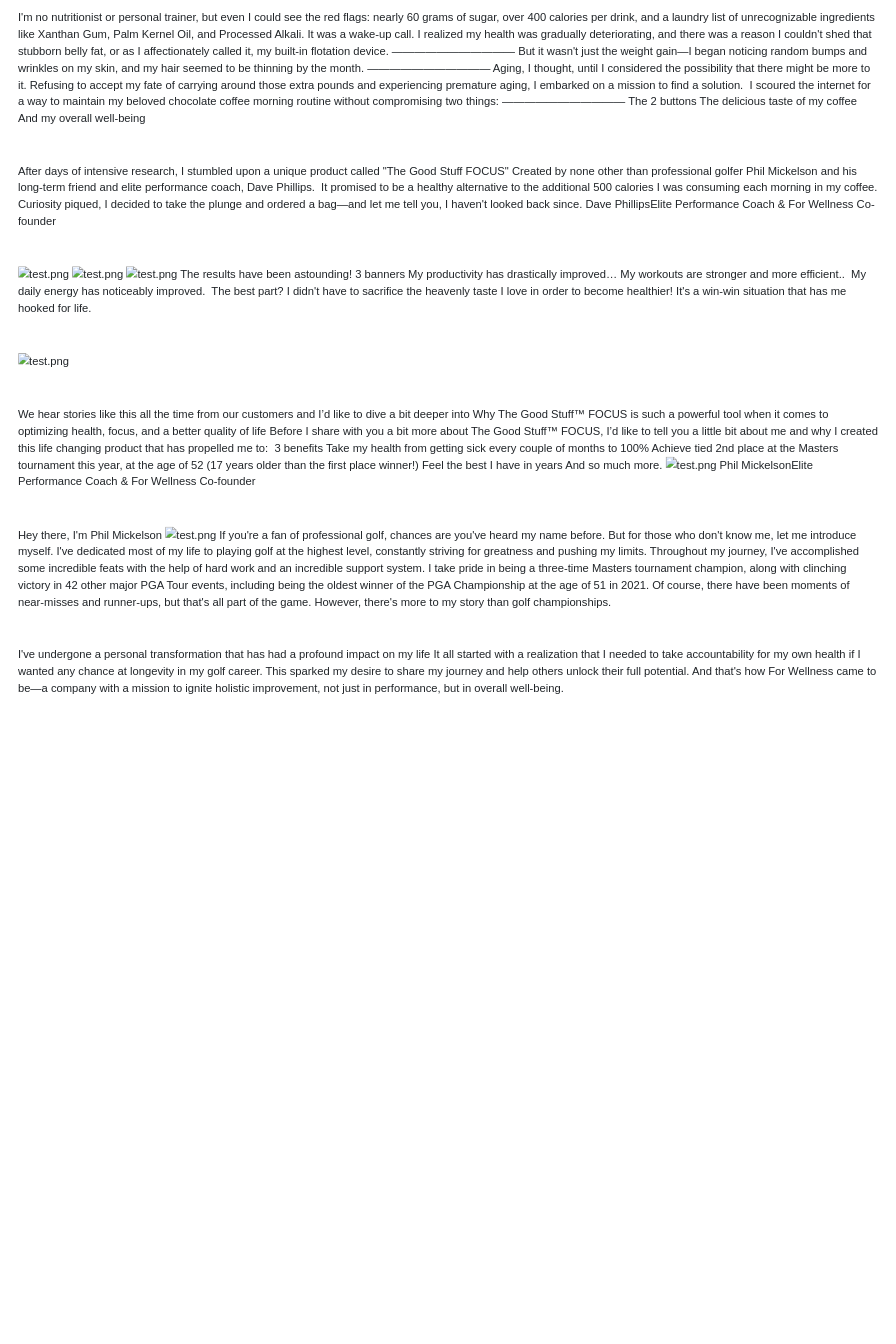
Repository: dariusprince90/wellness-landing
Page: index.html
These files come from the project's save history. The page is drawn as it stood at one moment and after the next save; the edit follows.
The browser window is 1280 px wide. The pictures show the part of the page from y = 748 to 2668 px (the page is 3055 px tall), at 70% of full size.

Above is the page before, as saved 2023-07-25 15:53:40.

After the next save:
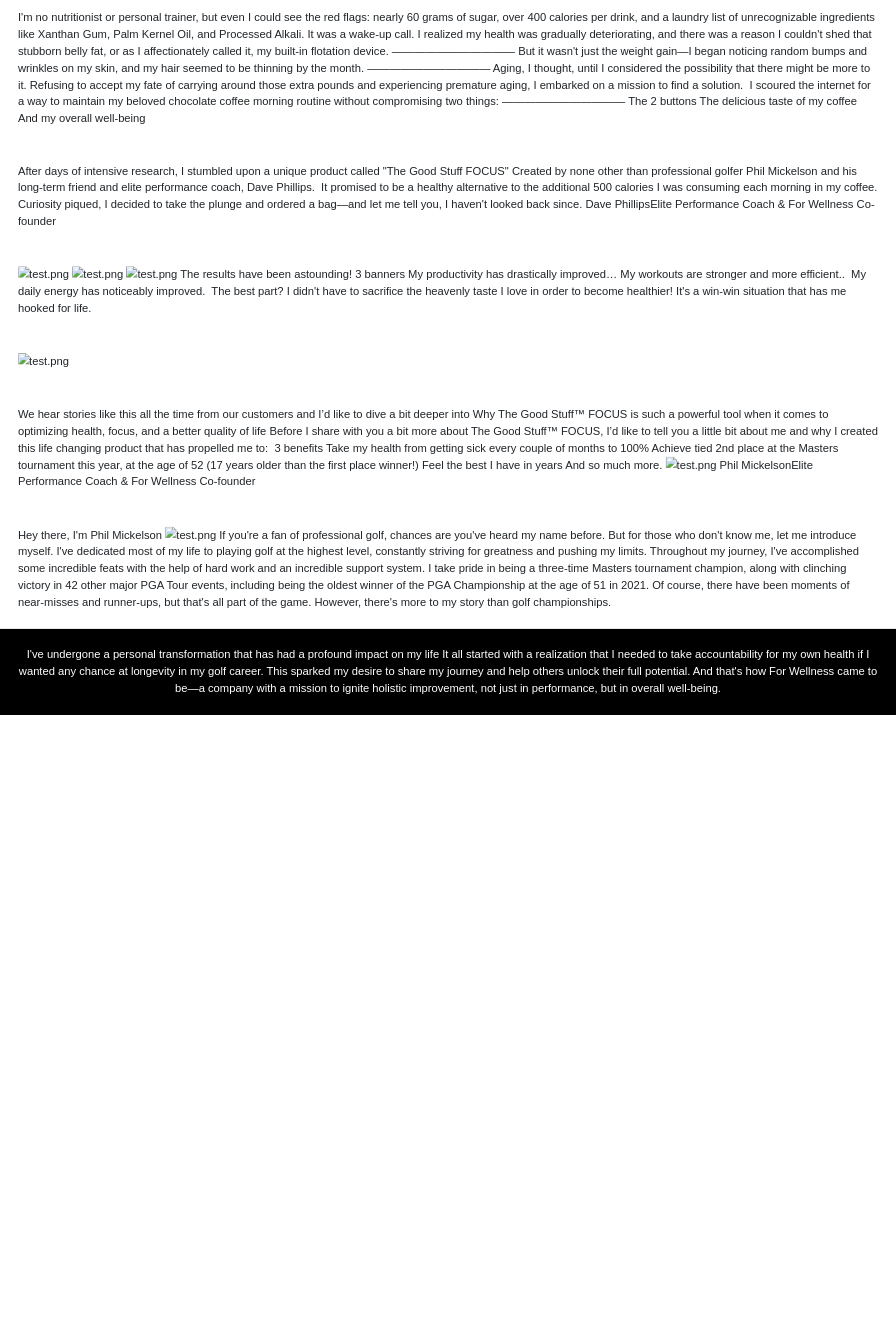
Saved 16 s later.
--- a/css/styles.css
+++ b/css/styles.css
@@ -4,7 +4,7 @@
     font-family: 'Poppins', sans-serif;
 }
 
-footer, header {
+footer, header, .s-012-text {
     background-color: #000000;
     color: #ffffff;
     text-align: center;
